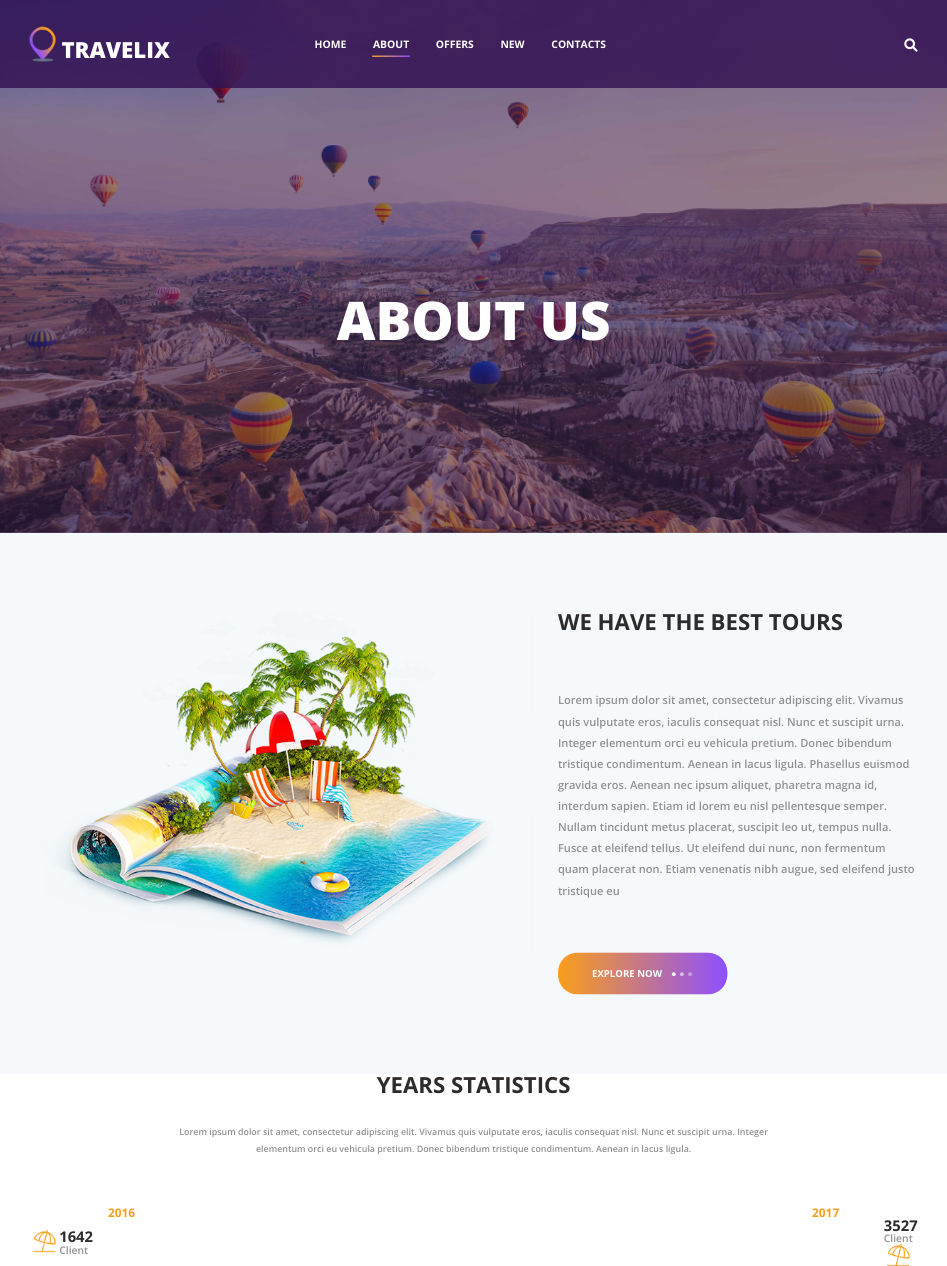
Repository: phamhuuloc/Travelix_Template
Page: about.html
An editor plug-in stored every save of this project. The page is shown before and after the next save, followed by the edit.
The browser window is 1280 px wide. The pictures show the whole page, at 74% of full size.
Backgrounds fixed to the window are drawn as part of the page. Some web fonts or font styles are not loaded; a fallback is used.

Above is the page before, as saved 2021-10-13 09:19:10.

After the next save:
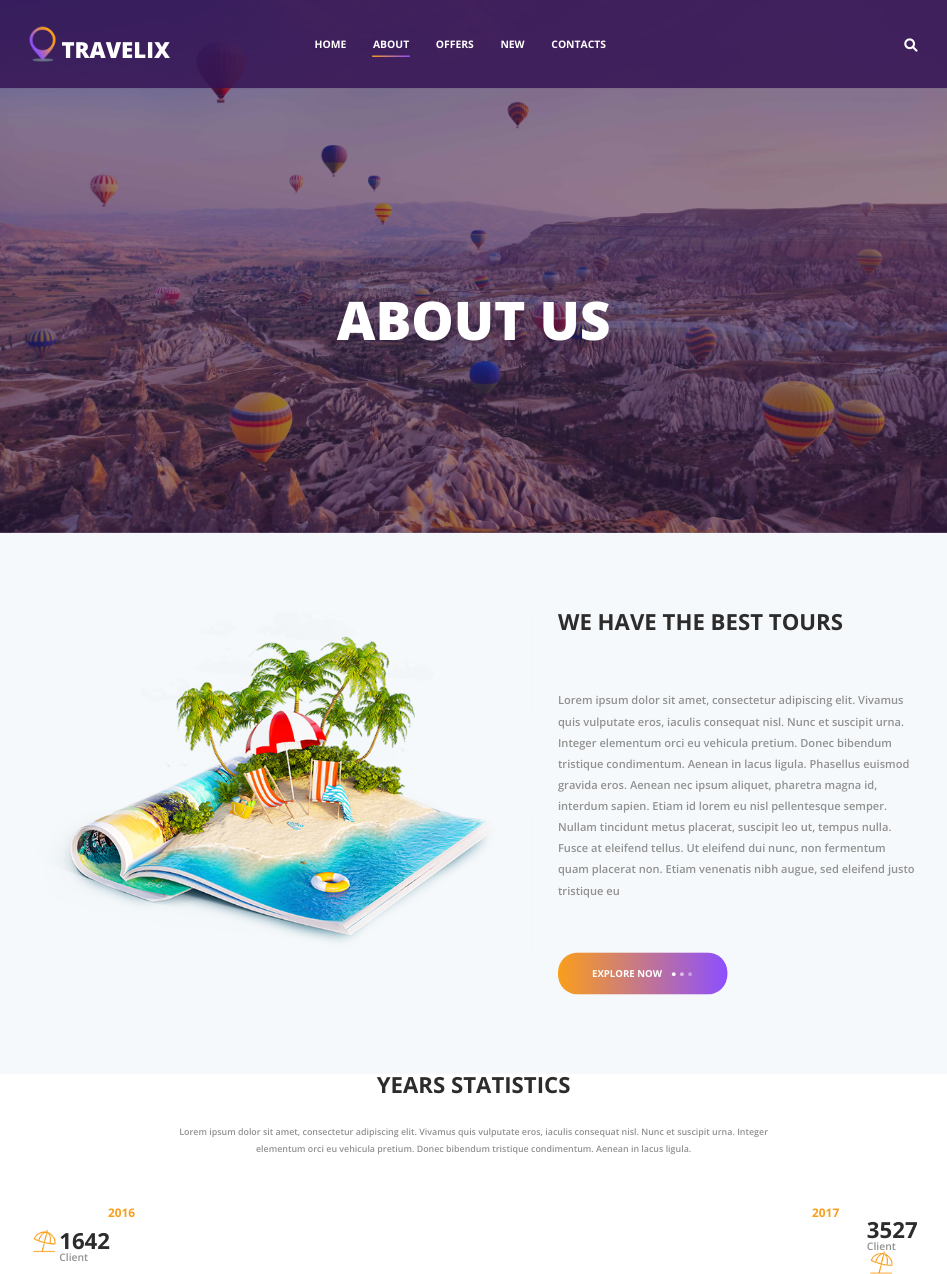
Saved 9 s later.
--- a/assets/css/about.css
+++ b/assets/css/about.css
@@ -79,7 +79,7 @@
   display: flex;
 }
 .stats__number {
-  font-size: 2rem;
+  font-size: 3rem;
   font-weight: 700;
   color: var(--black-color);
 }
